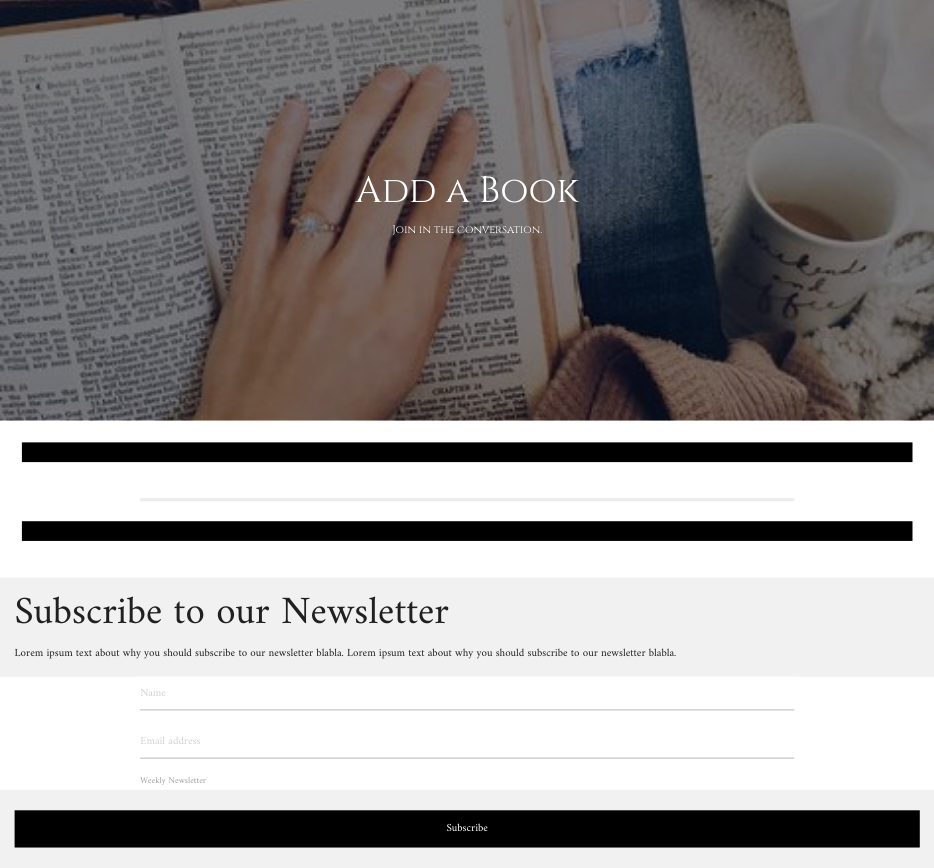
Repository: elizabeth24602/paper-to-screen
Page: http://localhost/
The author's editor kept a record of every edit. The page is drawn from the files as they stood at one moment, then again after the next edit.
The browser window is 1280 px wide. The pictures show the whole page, at 73% of full size.
Some web libraries are served in a nearby version. The page is served by the project's application, run on Flask 3 (app.py). Queries for data that is not in the repository find no rows.

Above is the page before.

After the next edit:
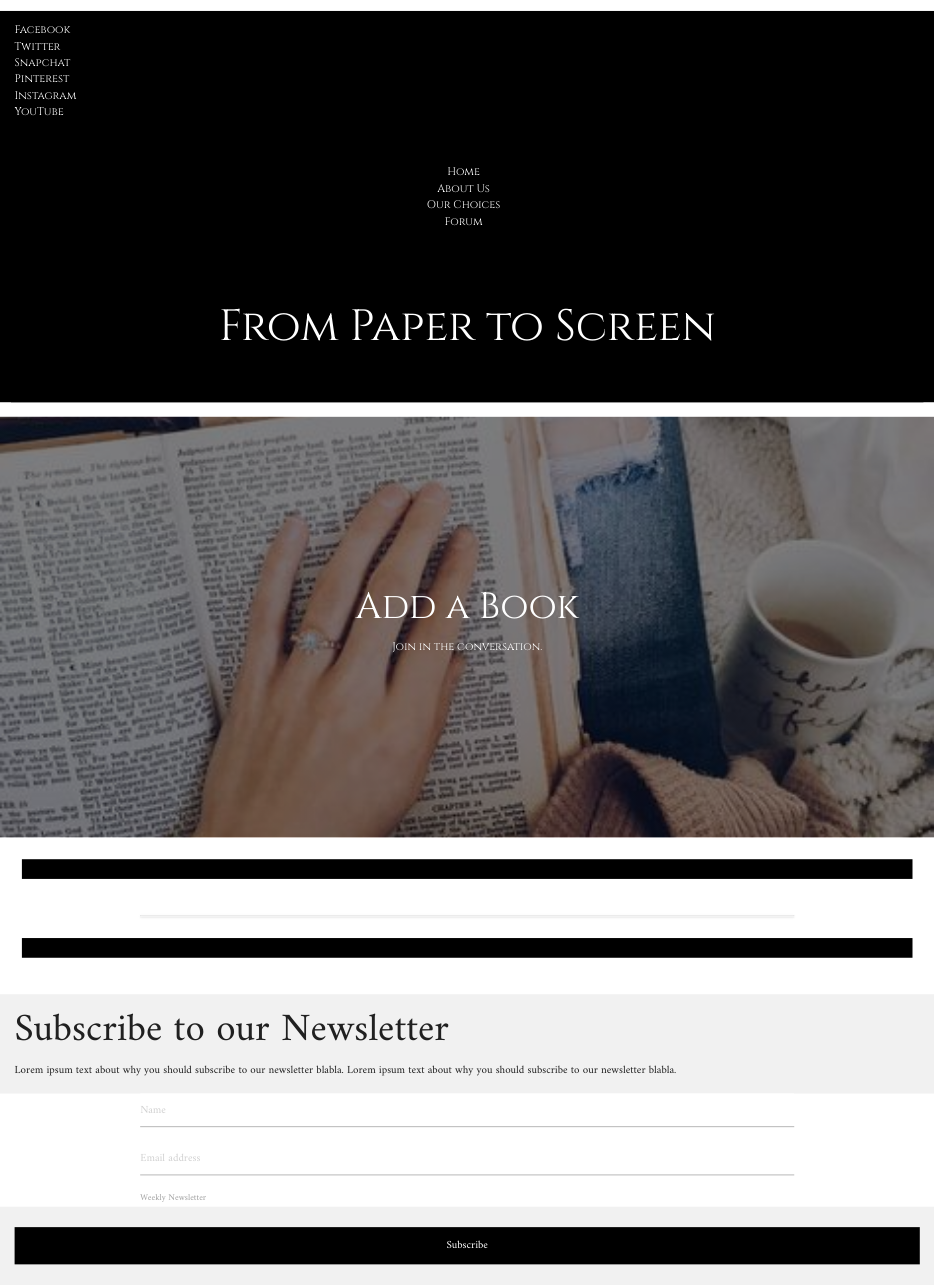
The edit:
--- a/templates/base.html
+++ b/templates/base.html
@@ -8,6 +8,76 @@
 </head>
 
 <body>
+
+          <header class="container-fluid">
+         <div id="social-links" class="row">
+            <div class="col-sm-4">
+               <ul class="list-inline social-links">
+                  <li class="list-inline-item">
+                     <a target="_blank" href="#">
+                     <i class="fa fa-facebook" aria-hidden="true"></i>
+                     <span class="sr-only">Facebook</span>
+                     </a>
+                  </li>
+                  <li class="list-inline-item">
+                     <a target="_blank" href="#">
+                     <i class="fa fa-twitter" aria-hidden="true"></i>
+                     <span class="sr-only">Twitter</span>
+                     </a>
+                  </li>
+                  <li class="list-inline-item">
+                     <a target="_blank" href="#">
+                     <i class="fa fa-snapchat" aria-hidden="true"></i>
+                     <span class="sr-only">Snapchat</span>
+                     </a>
+                  </li>
+                  <li class="list-inline-item">
+                     <a target="_blank" href="#">
+                     <i class="fa fa-pinterest" aria-hidden="true"></i>
+                     <span class="sr-only">Pinterest</span>
+                     </a>
+                  </li>
+                  <li class="list-inline-item">
+                     <a target="_blank" href="#">
+                     <i class="fa fa-instagram" aria-hidden="true"></i>
+                     <span class="sr-only">Instagram</span>
+                     </a>
+                  </li>
+                  <li class="list-inline-item">
+                     <a target="_blank" href="#">
+                     <i class="fa fa-youtube" aria-hidden="true"></i>
+                     <span class="sr-only">YouTube</span>
+                     </a>
+                  </li>
+               </ul>
+            </div>
+         </div>
+         <div class="row no-gutters">
+            <div class="col">
+               <ul id="nav" class="list-inline menucontainer">
+                  <li class="col-4 col-sm-3 ui-menu-color-home list-inline-item menuitem">
+                     <a href="index.html" class="hvr-sweep-to-bottom"><span>Home</span></a>
+                  </li>
+                  <li class="col-4 col-sm-3 ui-menu-color-bio list-inline-item menuitem">
+                     <a href="about.html" class="hvr-sweep-to-bottom"><span>About Us</span></a>
+                  </li>
+                  <li class="col-4 col-sm-3 ui-menu-color-shows list-inline-item menuitem">
+                     <a href="choices.html" class="hvr-sweep-to-bottom"><span>Our Choices</span></a>
+                  </li>
+                  <li class="col-4 col-sm-3 ui-menu-color-music list-inline-item menuitem">
+                     <a href="forum.html" class="hvr-sweep-to-bottom"><span>Forum</span></a>
+                  </li>
+               </ul>
+            </div>
+         </div>
+         <div class="row no-gutters bg-color-bandname">
+            <div class="col headings">
+               <h2 class="webname">From Paper to Screen</h2>
+            </div>
+         </div>
+      </header>
+
+
     {% block content %}
     {% endblock %}
 
